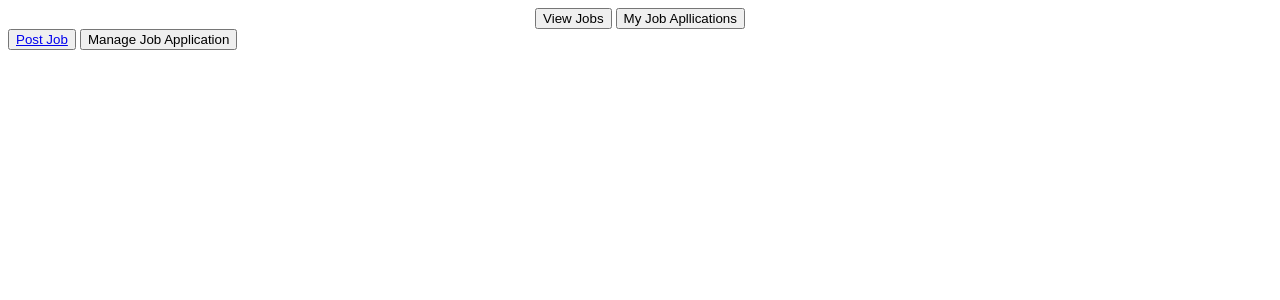
Repository: JamesArul/CLBSiteSTMT
Page: StudentsMeetFrontEnd/WebContent/Job/JobHome.html
The author's editor kept a copy of each file at every save. The page is drawn from the files as they stood at one save, then again after the next save.
The browser window is 1280 px wide. The pictures show the whole page.

Above is the page before, as saved 2017-06-06 06:56:42.

### StudentsMeetFrontEnd/WebContent/Job/JobHome.html
<div ng-include="'Common/CommonHeader.html'"></div>
<div ng-controller="JobController as jtrl">
<center>
<div ng-if="isUser">
<button class="btn btn-info" ng-click="jtrl.getJobs()">View Jobs</button>
<button class="btn btn-info" ng-click="">My Job Apllications</button>
</div>
</center>
<center></center>
<div ng-if="isAdmin">
<a href="#" data-toggle="tooltip" data-placement="top" title="Post new Job Offers in website">
<button class="btn btn-info"><a href="#!/goPostJob">Post Job</a></button>
</a>
<a href="#" data-toggle="tooltip" data-placement="top" title="Manage Job Applications of users">
<button class="btn btn-info" ng-click="jtrl.getJobApplications()">Manage Job Application</button>
</a>
</div>
</center>
</div>

After the next save:
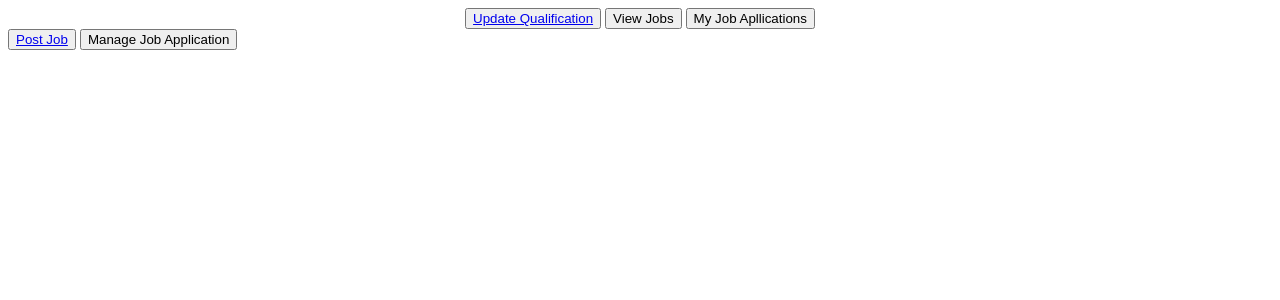
Saved 8 min 42 s later.
--- a/StudentsMeetFrontEnd/WebContent/Job/JobHome.html
+++ b/StudentsMeetFrontEnd/WebContent/Job/JobHome.html
@@ -2,6 +2,7 @@
 <div ng-controller="JobController as jtrl">
 <center>
 <div ng-if="isUser">
+<button class="btn btn-info"><a href="#!/goUserQualification">Update Qualification</a></button>
 <button class="btn btn-info" ng-click="jtrl.getJobs()">View Jobs</button>
 <button class="btn btn-info" ng-click="">My Job Apllications</button>
 </div>
